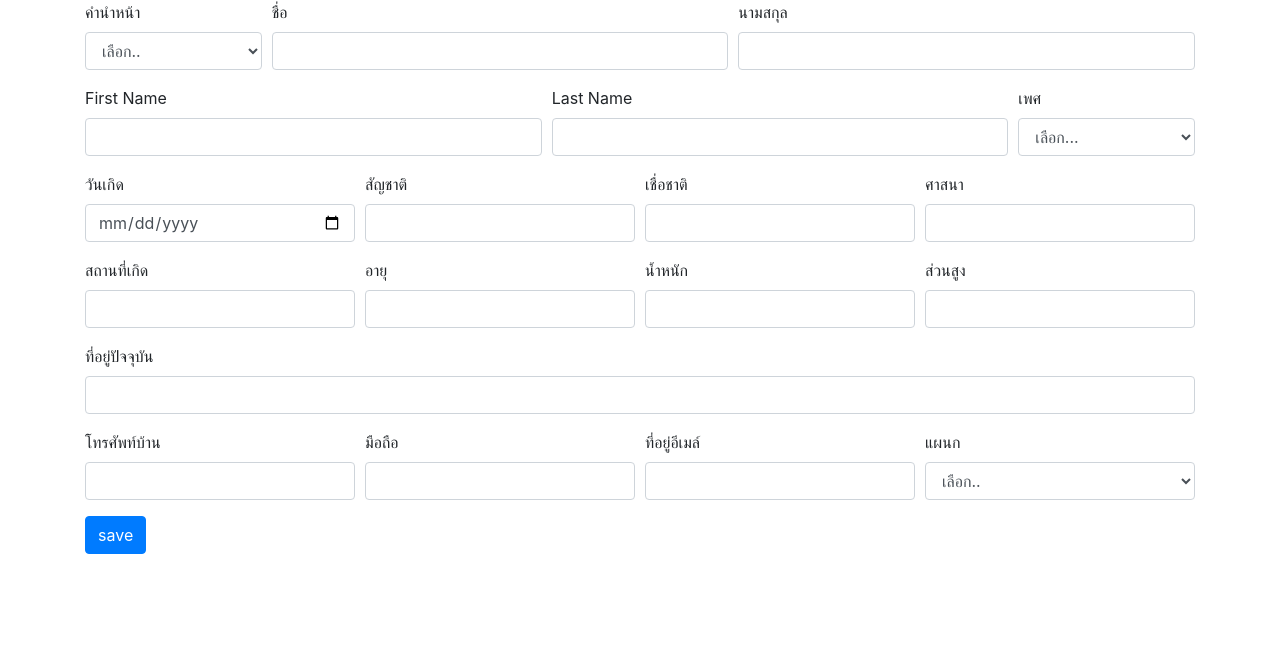
Repository: p2job/javawebapp
Page: http://localhost/demojsp/insert.jsp
An editor plug-in stored every save of this project. The page is shown before and after the next save, followed by the edit.
The browser window is 1280 px wide. The pictures show the whole page.
The page is served by Tomcat 9. Queries for data that is not in the repository find no rows.

Above is the page before, as saved 2020-07-31 07:47:18.

After the next save:
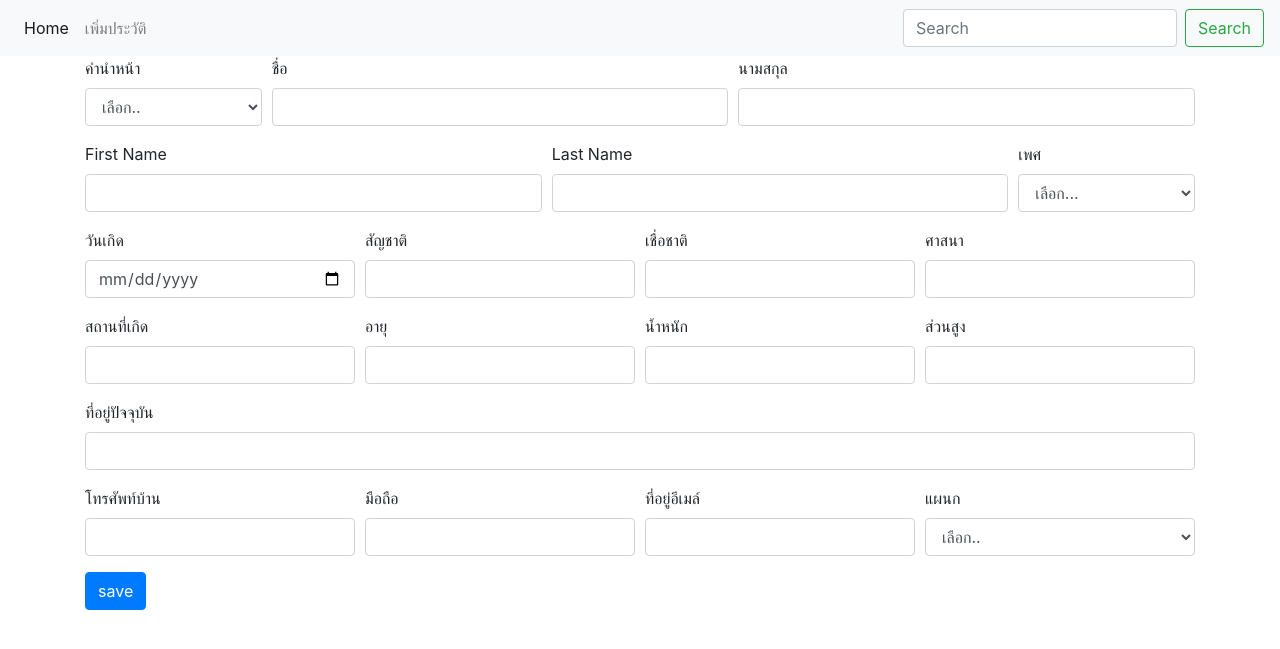
Saved 48 s later.
--- a/demojsp/WebContent/insert.jsp
+++ b/demojsp/WebContent/insert.jsp
@@ -11,6 +11,25 @@
 </head>
 
 <body>
+<nav class="navbar navbar-expand-lg navbar-light bg-light">
+  <button class="navbar-toggler" type="button" data-toggle="collapse" data-target="#navbarTogglerDemo01" aria-controls="navbarTogglerDemo01" aria-expanded="false" aria-label="Toggle navigation">
+    <span class="navbar-toggler-icon"></span>
+  </button>
+  <div class="collapse navbar-collapse" id="navbarTogglerDemo01">
+    <ul class="navbar-nav mr-auto mt-2 mt-lg-0">
+      <li class="nav-item active">
+        <a class="nav-link" href="index.jsp">Home <span class="sr-only">(current)</span></a>
+      </li>
+      <li class="nav-item">
+        <a class="nav-link" href="insert.jsp">เพิ่มประวัติ</a>
+      </li>
+    </ul>
+    <form class="form-inline my-2 my-lg-0">
+      <input class="form-control mr-sm-2" type="search" placeholder="Search" aria-label="Search">
+      <button class="btn btn-outline-success my-2 my-sm-0" type="submit">Search</button>
+    </form>
+  </div>
+</nav>
     <div class="container">
         <form action="insert.jsp" method="post">
             <div class="form-row">
